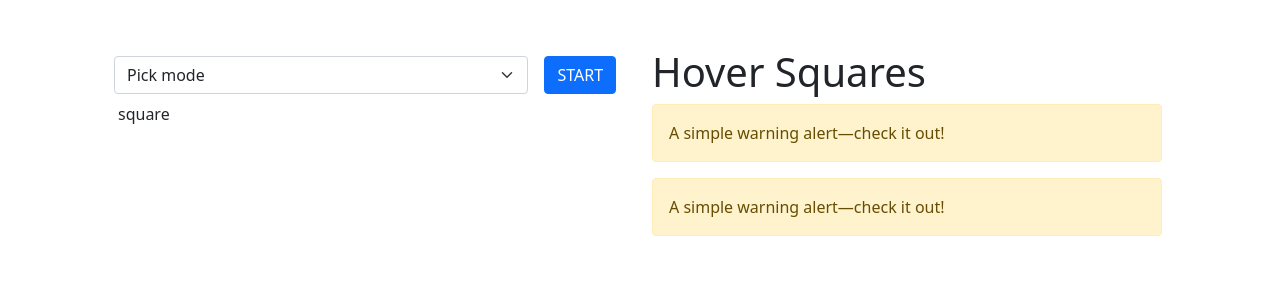
Repository: tsydikov/StarNaviTestTask
Page: /
The author's editor kept a copy of each file at every save. The page is drawn from the files as they stood at one save, then again after the next save.
The browser window is 1280 px wide. The pictures show the whole page.
The project was rebuilt for these pictures with package versions that can differ from the ones it lists, and the page was loaded fresh each time.

Above is the page before, as saved 2021-08-13 10:41:25.

After the next save:
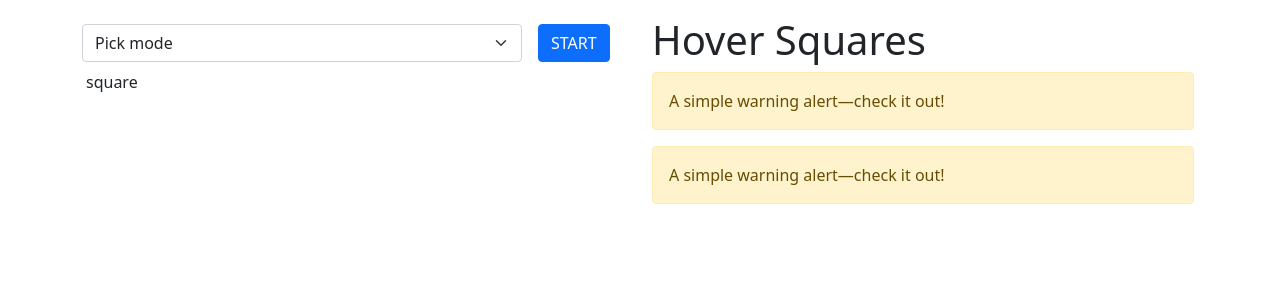
Saved 6 s later.
--- a/src/App.js
+++ b/src/App.js
@@ -3,7 +3,7 @@ import './App.css'
 
 function App() {
   return (
-    <div className="container p-5">
+    <div className="container p-3">
       <div className="row ">
         <div className="col">
           <div className="row">
